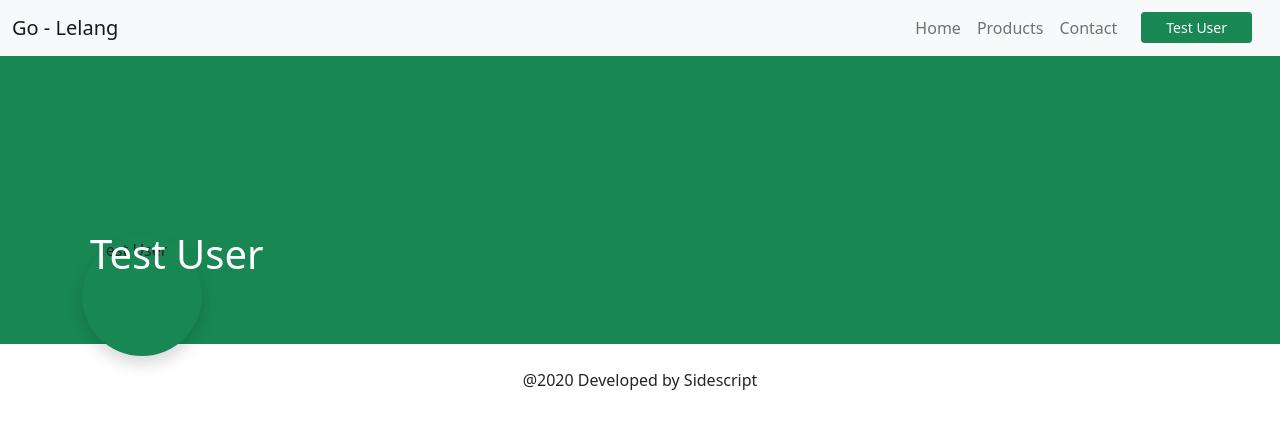
Repository: khulqu15/Go---Lelalng
Page: http://localhost/profile
These files come from the project's save history. The page is drawn as it stood at one moment and after a run of saves; the edit follows.
The browser window is 1280 px wide. The pictures show the whole page.
The page is served by the project's Laravel application, run on PHP 8.4 with Laravel 8. A made-up administrator, Test User (test@example.com), is signed in.

Above is the page before, as saved 2021-02-22 20:22:16.

After the next 2 saves:
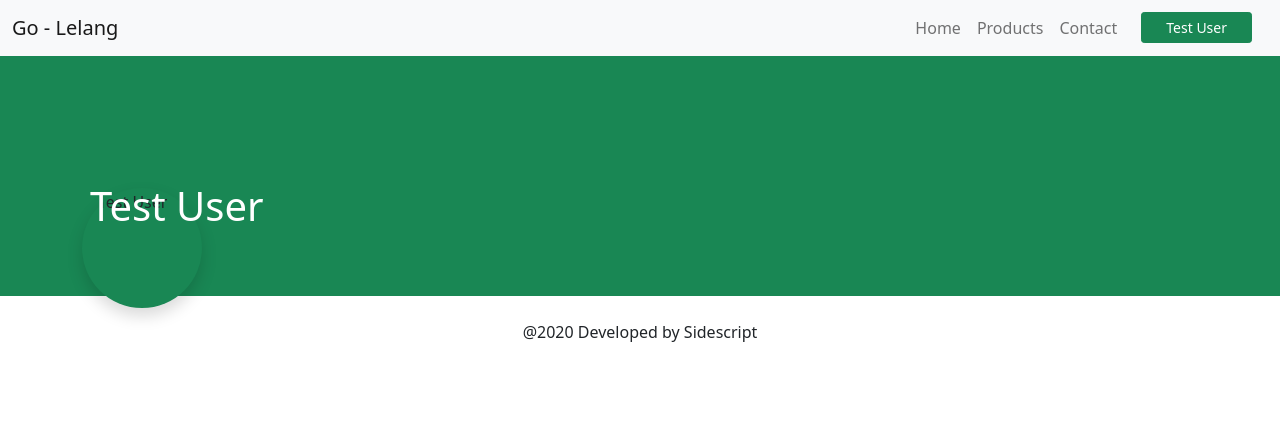
The 2 saves are shown as one change because they came seconds apart.
The last was saved 17 s later.
--- a/resources/views/page/profile.blade.php
+++ b/resources/views/page/profile.blade.php
@@ -4,7 +4,7 @@
 
 @section('content')
 <div class="container-fluid bg-success position-relative py-5">
-    <div class="container position-relative py-5">
+    <div class="container position-relative pt-5">
         <div class="row py-5">
             <div class="col-md-12">
                 <div class="avatar-profile position-absolute shadow" style="bottom: -60px; width: 120px; height: 120px; border-radius: 120px;">
